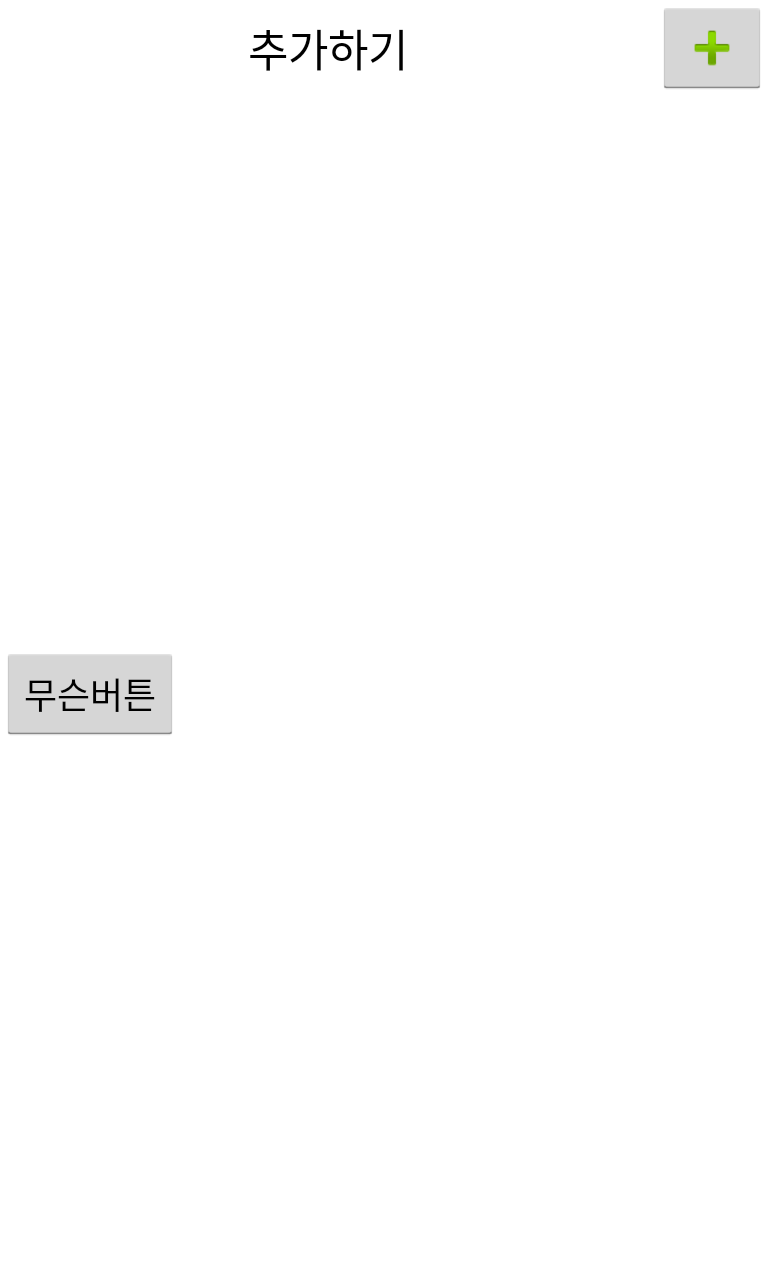
Repository: lay126/fuding_wewe
Layout: fuding_android/FudingAndroid/res/layout/fragment_addposting.xml
These files come from the project's save history. The layout is drawn as it stood at one moment and after the next save; the edit follows.
It is drawn on a 768 x 1280 px phone screen (xhdpi) without system bars, with theme AppTheme; the app's code is not run.

Above is the layout before, as saved 2015-07-21 10:48:02.

After the next save:
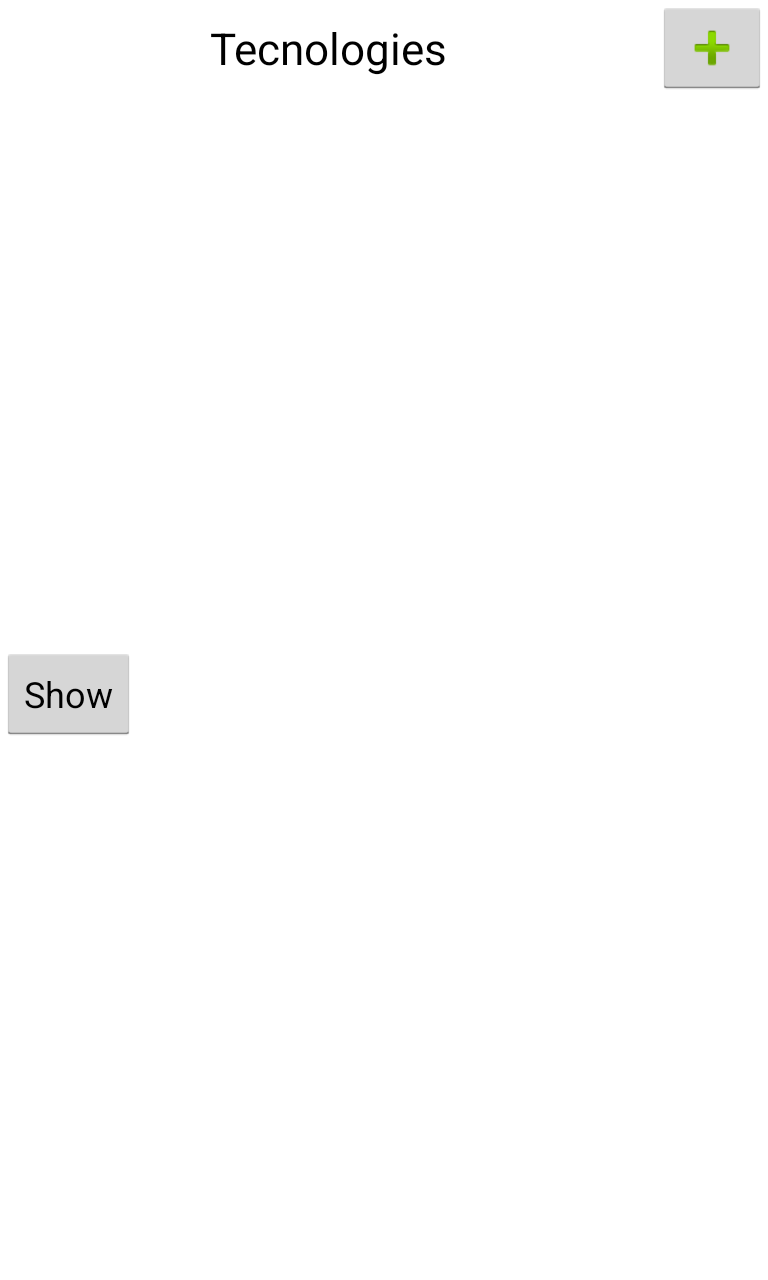
Saved 30 s later.
--- a/fuding_android/FudingAndroid/res/layout/fragment_addposting.xml
+++ b/fuding_android/FudingAndroid/res/layout/fragment_addposting.xml
@@ -18,9 +18,8 @@
             android:layout_alignParentLeft="true"
             android:layout_toLeftOf="@+id/btnAdd"
             android:gravity="center_vertical|center_horizontal"
-            android:text="추가하기"
+            android:text="@string/titleTecnologies"
             android:textAppearance="?android:attr/textAppearanceLarge" />
-
 
         <ImageButton
             android:id="@+id/btnAdd"
@@ -28,7 +27,7 @@
             android:layout_height="wrap_content"
             android:layout_alignParentRight="true"
             android:layout_alignParentTop="true"
-            android:contentDescription="추가하기 버튼"
+            android:contentDescription="@string/btnAdd"
             android:src="@android:drawable/ic_input_add" />
     </RelativeLayout>
 
@@ -49,6 +48,6 @@
         android:id="@+id/btnDisplay"
         android:layout_width="wrap_content"
         android:layout_height="wrap_content"
-        android:text="무슨버튼" />
+        android:text="@string/btnDisplay" />
 
 </LinearLayout>
